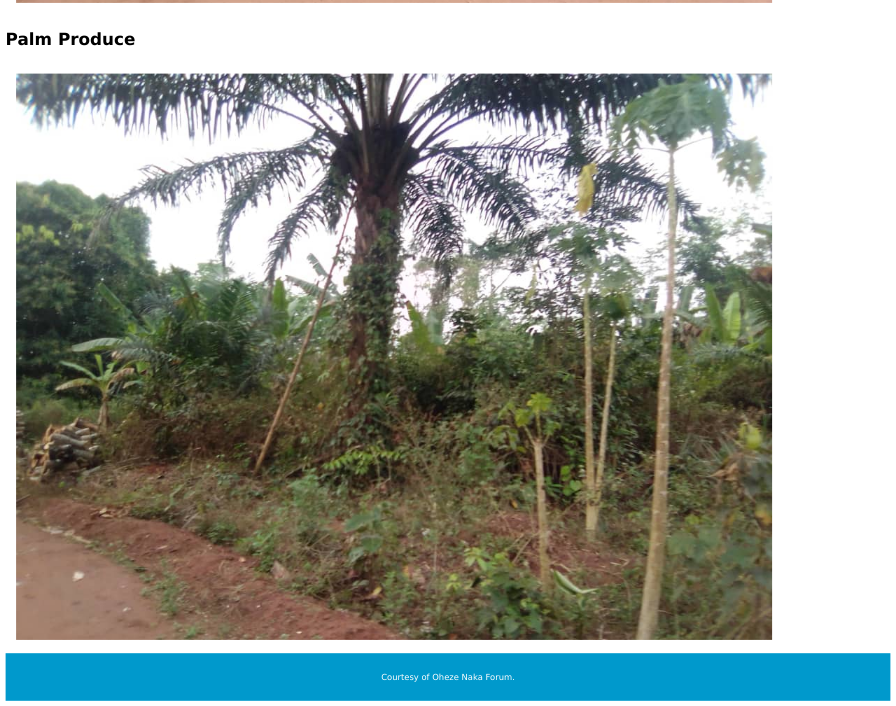
Repository: OtasowieRotimiOsifo/oheze-naka-forum
Page: economy.html
An editor plug-in stored every save of this project. The page is shown before and after the next save, followed by the edit.
The browser window is 1280 px wide. The pictures show the part of the page from y = 1143 to 3063 px (the page is 2152 px tall before and 3063 px after), at 70% of full size.

Above is the page before, as saved 2021-04-01 22:52:04.

### economy.html
<!DOCTYPE html>
<html lang="en">

<meta name="viewport" content="width=device-width, initial-scale=1.0">
<style>
* {
  box-sizing: border-box;
}

.row::after {
  content: "";
  clear: both;
  display: table;
}

[class*="col-"] {
  float: left;
  padding: 15px;
}

html {
  font-family: "Lucida Sans", sans-serif;
}

.header {
  background-color: #9933cc;
  color: #ffffff;
  padding: 15px;
}

.menu ul {
  list-style-type: none;
  margin: 0;
  padding: 0;
}

.menu li {
  padding: 8px;
  margin-bottom: 7px;
  background-color: #33b5e5;
  color: #ffffff;
  box-shadow: 0 1px 3px rgba(0,0,0,0.12), 0 1px 2px rgba(0,0,0,0.24);
}

.menu li:hover {
  background-color: #0099cc;
}

.aside {
  background-color: #4E38A9;
  padding: 15px;
  color: #ffffff;
  text-align: center;
  font-size: 14px;
  box-shadow: 0 1px 3px rgba(0,0,0,0.12), 0 1px 2px rgba(0,0,0,0.24);
}

.footer {
  background-color: #0099cc;
  color: #ffffff;
  text-align: center;
  font-size: 12px;
  padding: 15px;
}

/* For mobile phones: */
[class*="col-"] {
  width: 100%;
}

@media only screen and (min-width: 600px) {
  /* For tablets: */
  .col-s-1 {width: 8.33%;}
  .col-s-2 {width: 16.66%;}
  .col-s-3 {width: 25%;}
  .col-s-4 {width: 33.33%;}
  .col-s-5 {width: 41.66%;}
  .col-s-6 {width: 50%;}
  .col-s-7 {width: 58.33%;}
  .col-s-8 {width: 66.66%;}
  .col-s-9 {width: 75%;}
  .col-s-10 {width: 83.33%;}
  .col-s-11 {width: 91.66%;}
  .col-s-12 {width: 100%;}
}
@media only screen and (min-width: 768px) {
  /* For desktop: */
  .col-1 {width: 8.33%;}
  .col-2 {width: 16.66%;}
  .col-3 {width: 25%;}
  .col-4 {width: 33.33%;}
  .col-5 {width: 41.66%;}
  .col-6 {width: 50%;}
  .col-7 {width: 58.33%;}
  .col-8 {width: 66.66%;}
  .col-9 {width: 75%;}
  .col-10 {width: 83.33%;}
  .col-11 {width: 91.66%;}
  .col-12 {width: 100%;}
}
</style>
<head>
<title> Oheze-Naka Economy </title>
</head>
<body>

<div class="header">
  <h1>Oheze Naka: Economy</h1>
</div>
<div class="row">
  <h2>Occupation</h2>
  <div class="col-8 col-s-9">
      <span>Farming is the main occupation. Rearing of domestic animals is also practiced by the adults. </span>
      <span>Farm Produce include Yam, Plantain, Bananas, Palm Produce, Pineapples, Cassava, Fruits, Vegetables etc.</span>
    </div>
  </div>
  <div class="row">
    <h2>Plantain Farm</h2>
    <div  class="col-3 col-s-3">
      <img src="img/plantain-farm.jpg"/>
  </div>
  </div>
  <div class="row">
    <h2>Palm Produce</h2>
    <div  class="col-3 col-s-3">
      <img src="img/palm-tree2.jpg"/>
  </div>
  </div>
<div class="footer">
  <p>Courtesy of Oheze Naka Forum.</p>
</div>

</body>
</html>

After the next save:
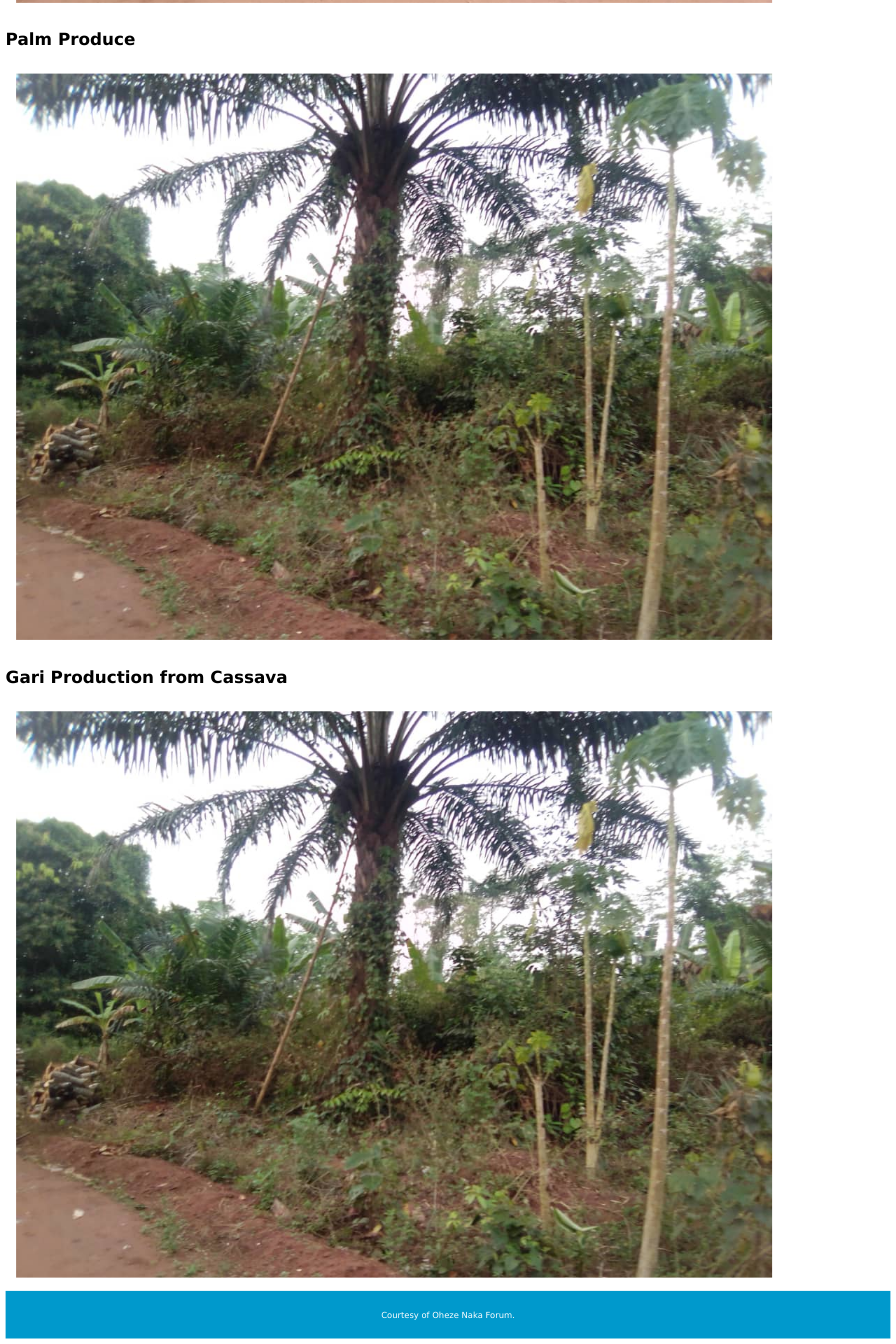
Saved 2 min 16 s later.
--- a/economy.html
+++ b/economy.html
@@ -126,6 +126,12 @@ html {
       <img src="img/palm-tree2.jpg"/>
   </div>
   </div>
+  <div class="row">
+    <h2>Gari Production from Cassava</h2>
+    <div  class="col-3 col-s-3">
+      <img src="img/palm-tree2.jpg"/>
+  </div>
+  </div>
 <div class="footer">
   <p>Courtesy of Oheze Naka Forum.</p>
 </div>
